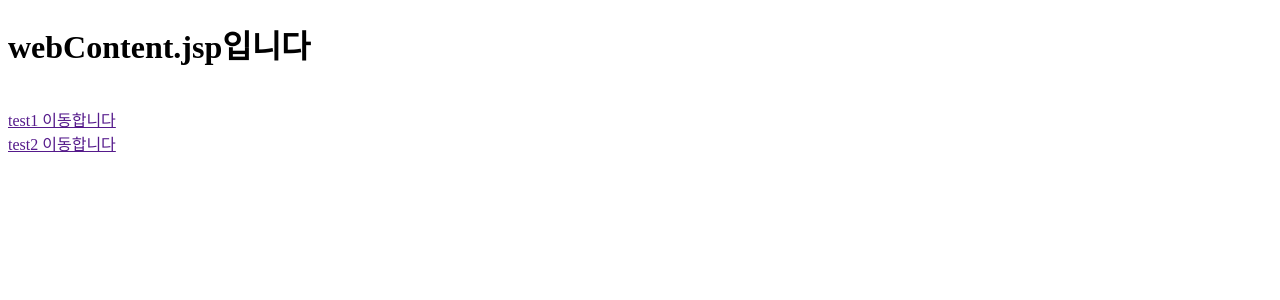
Repository: ryu1917/jsp
Page: http://localhost/jsp/webContent.jsp
An editor plug-in stored every save of this project. The page is shown before and after the next save, followed by the edit.
The browser window is 1280 px wide. The pictures show the whole page.
The page is served by Tomcat 9.

Above is the page before, as saved 2021-04-20 10:42:54.

After the next save:
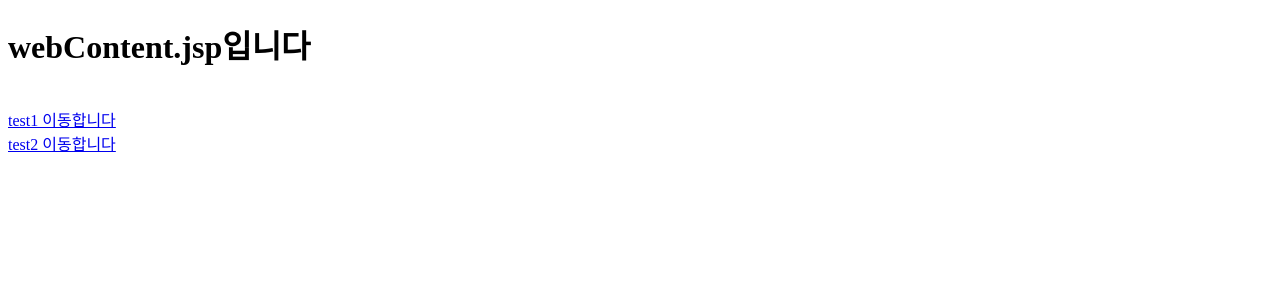
Saved 2 min 40 s later.
--- a/workspace/jsp/src/main/webapp/webContent.jsp
+++ b/workspace/jsp/src/main/webapp/webContent.jsp
@@ -8,7 +8,7 @@
 </head>
 <body>
 <h1>webContent.jsp입니다</h1><br>
-<a href="">test1 이동합니다</a><br>
-<a href="">test2 이동합니다</a>
+<a href="test1/test1.jsp">test1 이동합니다</a><br>
+<a href="test1/test2/test2.jsp">test2 이동합니다</a>
 </body>
 </html>
